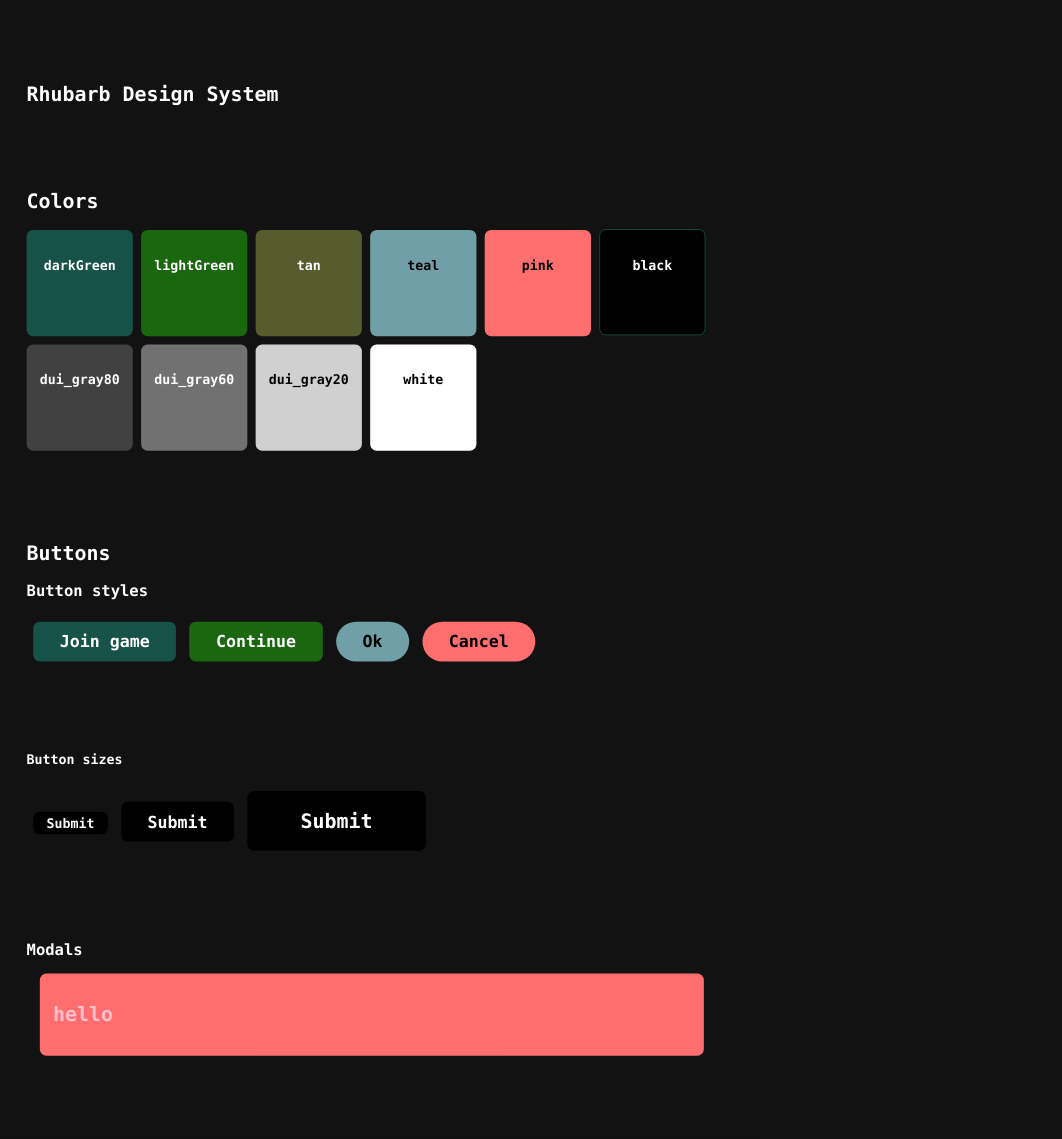
Repository: kttalley/designing-with-data_react-class
Page: / (app in lesson6_design-system-component-extension/)
The author's editor kept a copy of each file at every save. The page is drawn from the files as they stood at one save, then again after the next save.
The browser window is 1280 px wide. The pictures show the whole page, at 83% of full size.
The project was rebuilt for these pictures with package versions that can differ from the ones it lists, and the page was loaded fresh each time. Imported but missing from the stored project, and not drawn on this page: lesson6_design-system-component-extension/src/Rhubarb/Input.

Above is the page before, as saved 2023-08-31 15:14:17.

After the next save:
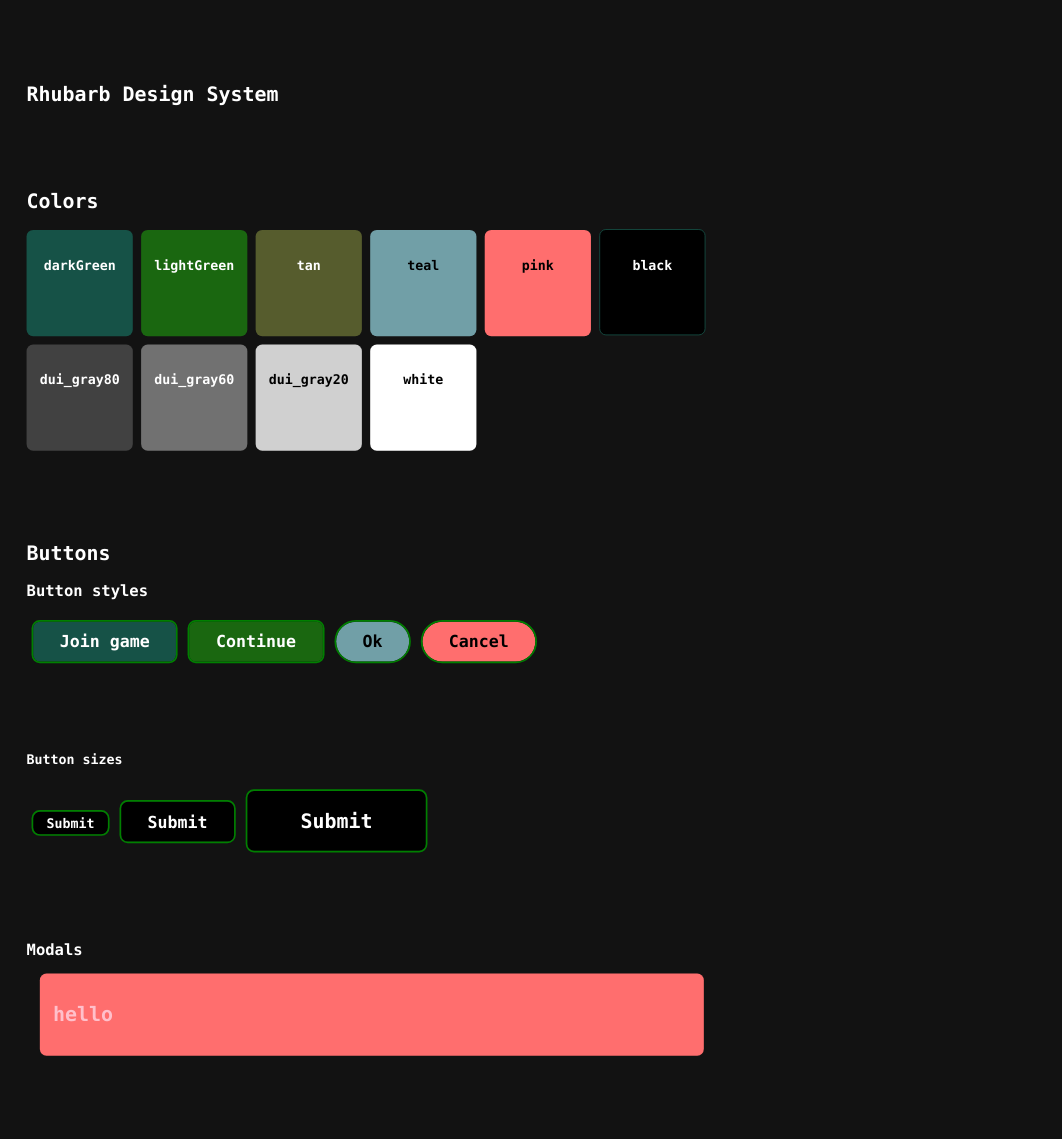
Saved 10 s later.
--- a/lesson6_design-system-component-extension/src/Rhubarb/Button.js
+++ b/lesson6_design-system-component-extension/src/Rhubarb/Button.js
@@ -5,6 +5,7 @@
   background-color: ${ props => color[props.color] ? color[props.color] : color.black };
   color: ${props => isDarkBackground(props.color) ? color.black : color.white};
   border-radius: 8px;
+  outline: 2px solid green;
   padding: ${space[3] + 'px'};
   margin: ${space[2] + 'px'};
   font-family: menlo;

After the save that followed:
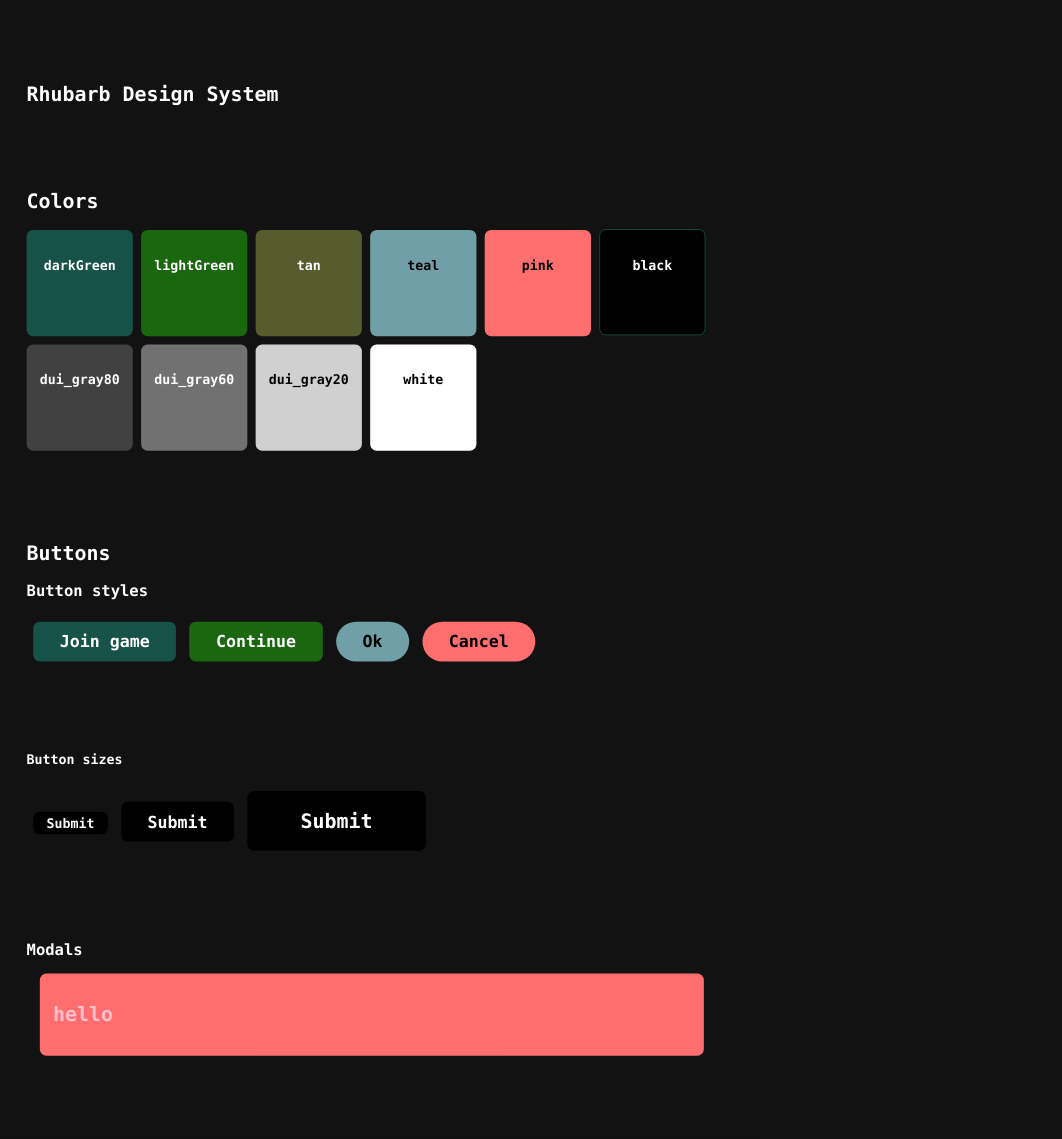
Saved 35 s later.
--- a/lesson6_design-system-component-extension/src/Rhubarb/Button.js
+++ b/lesson6_design-system-component-extension/src/Rhubarb/Button.js
@@ -4,8 +4,8 @@
 export const Btn = styled.button`
   background-color: ${ props => color[props.color] ? color[props.color] : color.black };
   color: ${props => isDarkBackground(props.color) ? color.black : color.white};
+  outline: ${ props => color[props.color] ? color[props.color] : color.darkGreen };
   border-radius: 8px;
-  outline: 2px solid green;
   padding: ${space[3] + 'px'};
   margin: ${space[2] + 'px'};
   font-family: menlo;
